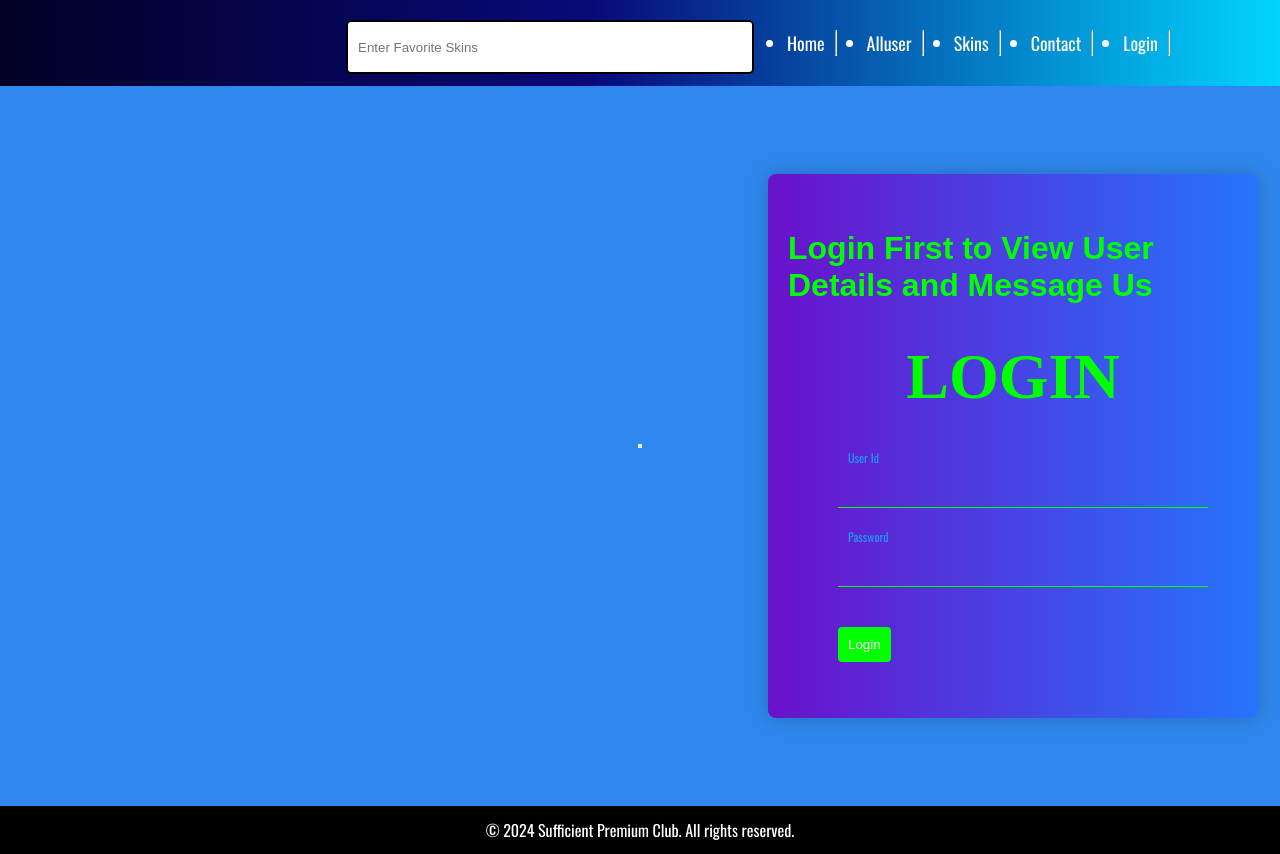
Repository: TechMukul/new
Page: /Login
An editor plug-in stored every save of this project. The page is shown before and after the next save, followed by the edit.
The browser window is 1280 px wide. The pictures show the whole page.
Some web fonts or font styles are not loaded; a fallback is used. The project was rebuilt for these pictures with package versions that can differ from the ones it lists, and the page was loaded fresh each time. The framework's server and built-in components were replaced by stand-ins that run in the browser. Also part of the build but not shown: next.config.mjs.

Above is the page before, as saved 2024-08-09 15:15:41.

After the next save:
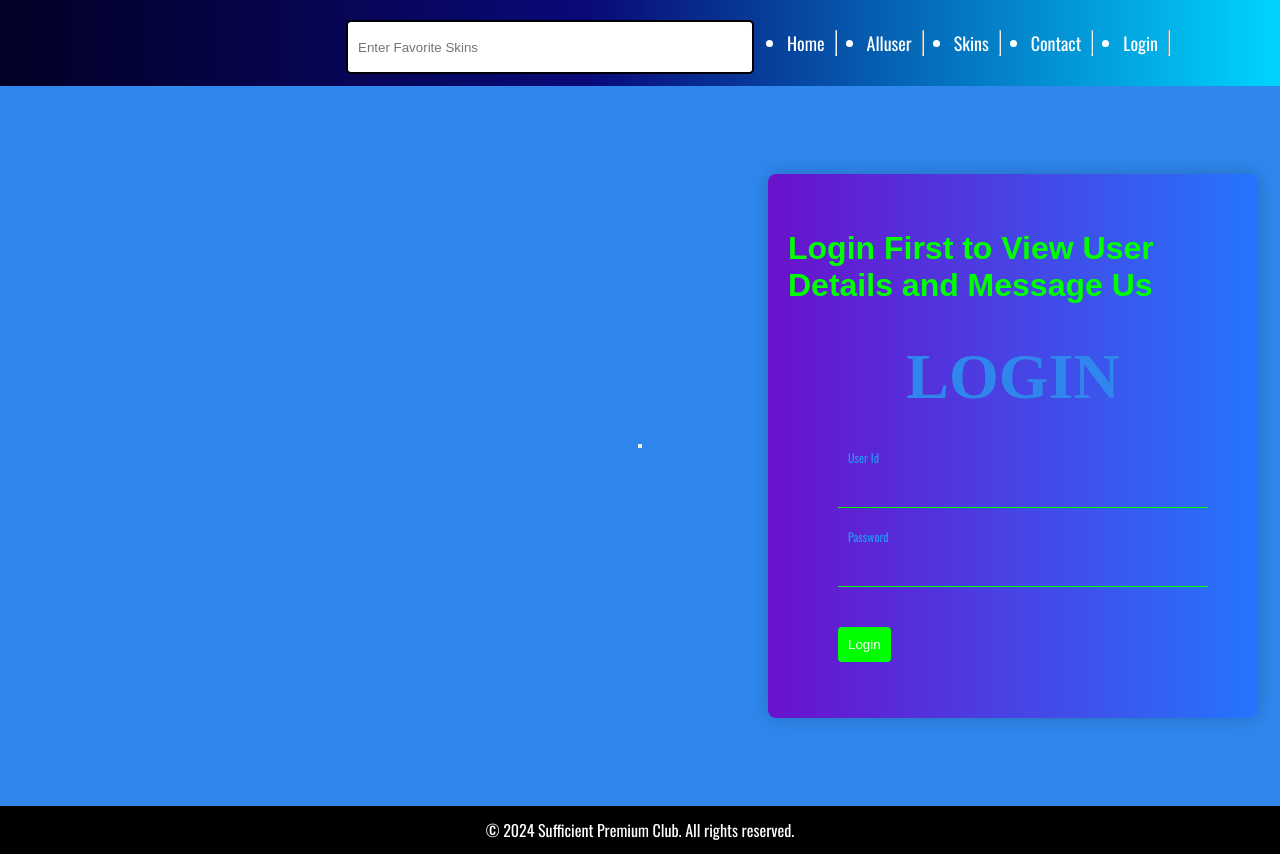
Saved 26 s later.
--- a/pages/Login/index.module.scss
+++ b/pages/Login/index.module.scss
@@ -89,7 +89,7 @@
 .loginTitle {
   text-align: center;
   margin-bottom: 20px;
-  color: #00ff00; /* Green color for title */
+  color:  #2f87ed; /* Green color for title */
   font-size: 4rem;
   font-weight: bolder;
   animation: pulse 1.5s infinite;
